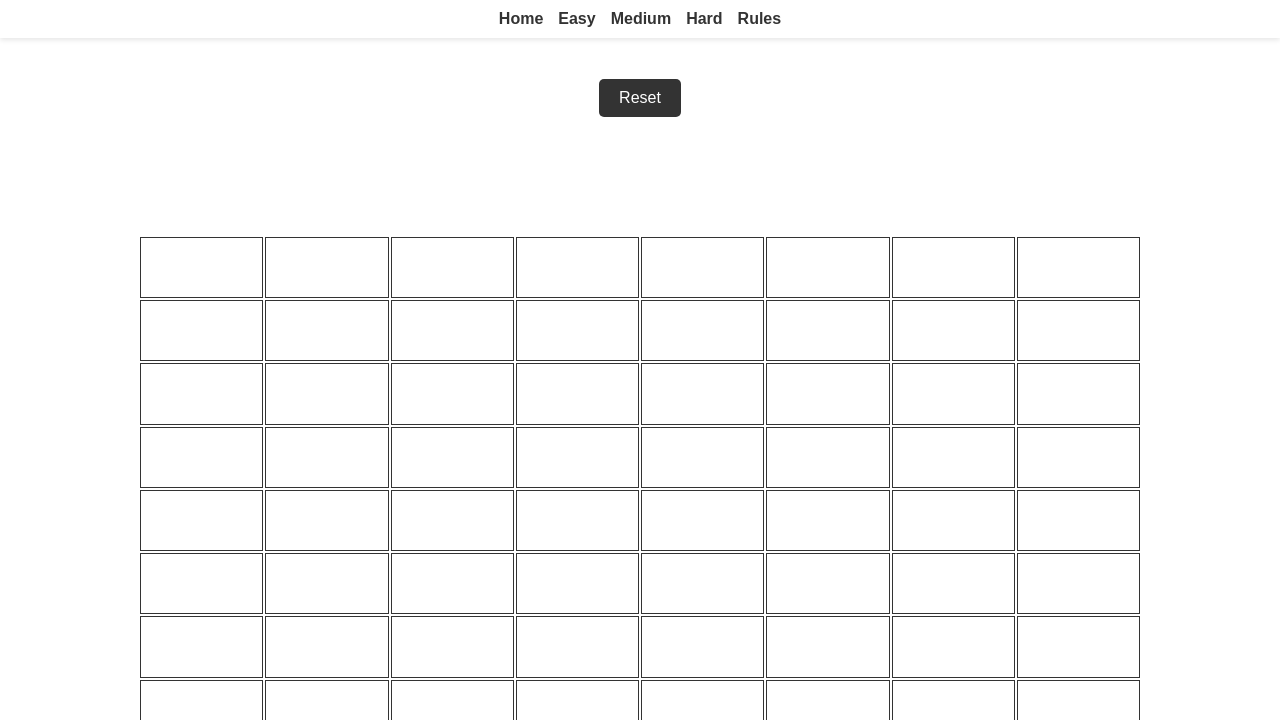
Repository: liwingy/-WingYee-_-Li-project2
Page: /game/easy (app in minesweeper/)
An editor plug-in stored every save of this project. The page is shown before and after the next save, followed by the edit.
The browser window is 1280 px wide. The pictures show the whole page.
The project was rebuilt for these pictures with package versions that can differ from the ones it lists, and the page was loaded fresh each time. Also part of the build but not shown: minesweeper/src/views/Homepage.js, minesweeper/src/views/Rules.js.

Above is the page before, as saved 2024-11-11 14:33:40.

### minesweeper/src/App.js
import './styles.css';
import { BrowserRouter as Router, Routes, Route, Link } from 'react-router-dom';
import Homepage from './views/Homepage';
import Game from './views/Game';
import Rules from './views/Rules';

function App() {
  return (
    <Router>
      <nav>
        <Link to="/">Home</Link>
        <Link to="/game/easy">Easy</Link>
        <Link to="/game/medium">Medium</Link>
        <Link to="/game/hard">Hard</Link>
        <Link to="/rules">Rules</Link>
      </nav>
      <Routes>
        <Route path="/" element={<Homepage />} />
        <Route path="/game/:difficulty" element={<Game />} />
        <Route path="/rules" element={<Rules />} />
      </Routes>
    </Router>
  );
}

export default App;

### minesweeper/src/styles.css
/* General Styles */
body, html {
  display: flex;
  justify-content: center;
  align-items: center;
  height: 100vh;
  margin: 0;
  font-family: Arial, sans-serif;
  text-align: center;
  overflow: hidden; /* Prevent entire page scrolling */
}

/* Main Container */
.main-container {
  display: flex;
  flex-direction: column;
  align-items: center;
  width: 100%;
  max-width: 600px;
  margin-top: 60px;
}

/* Navbar Styling */
nav {
  position: fixed;
  top: 0;
  left: 0;
  right: 0;
  display: flex;
  gap: 15px;
  justify-content: center;
  background-color: white;
  padding: 10px;
  box-shadow: 0 2px 5px rgba(0, 0, 0, 0.1);
  z-index: 1000;
}

nav a {
  text-decoration: none;
  color: #333;
  font-weight: bold;
}

nav a:hover {
  color: #555;
}

/* Header Styling for Game Title and Reset Button */
.header {
  position: fixed;
  top: 50px;
  left: 0;
  right: 0;
  background-color: white;
  padding: 10px;
  text-align: center;
  box-shadow: 0 2px 5px rgba(0, 0, 0, 0.1);
  z-index: 1000;
}

/* Board Styling */
.board {
  margin-top: 120px;
  display: grid;
  gap: 2px;
  justify-content: center;
  height: 70vh; /* Constrain board height */
  width: 90vw; /* Adjust to viewport width */
  max-width: 1000px; /* Optional max width for larger screens */
}

/* Cell Styling */
.cell {
  border: 1px solid #333;
  display: flex;
  align-items: center;
  justify-content: center;
  cursor: pointer;
}

/* Adjust the cell size based on the board size */
.board.easy .cell {
  width: 40px;
  height: 40px;
  font-size: 20px;
}

.board.medium .cell {
  width: 30px;
  height: 30px;
  font-size: 16px;
}

.board.hard .cell {
  width: 15px;
  height: 15px;
  font-size: 12px;
}

/* Responsive adjustments for larger screens */
@media (min-width: 1024px) {
  .board.hard .cell {
    width: 20px;
    height: 20px;
    font-size: 14px;
  }
}

/* Button Styling */
button {
  margin-top: 20px;
  padding: 10px 20px;
  font-size: 16px;
  cursor: pointer;
  background-color: #333;
  color: #fff;
  border: none;
  border-radius: 5px;
}

button:hover {
  background-color: #555;
}

### minesweeper/src/views/Game.js
import React, { useState, useEffect } from 'react';
import { useParams } from 'react-router-dom';
import Cell from '../components/Cell';

function Game() {
  const { difficulty } = useParams();
  const [grid, setGrid] = useState([]);
  const [isGameOver, setIsGameOver] = useState(false);
  const [hasWon, setHasWon] = useState(false);

  // Sets up the size of the grid and the number of mines based on the selected difficulty level
  const config = {
    easy: { size: 8, mines: 10 },
    medium: { size: 16, mines: 40 },
    hard: { size: 30, mines: 99 },
  }[difficulty] || { size: 8, mines: 10 }; // Default to easy if something goes wrong

  // Reset the game every time the difficulty changes
  useEffect(() => {
    resetGame();
  }, [difficulty]);

  // Sets up a new grid and adds mines
  function initializeGrid() {
    // Create a blank grid with cells set to "not revealed" and no mines
    const emptyGrid = Array.from({ length: config.size }, () =>
      Array.from({ length: config.size }, () => ({
        isRevealed: false,
        isMine: false,
        adjacentMines: 0,
      }))
    );

    // Add mines to the grid
    placeMines(emptyGrid);
    setGrid(emptyGrid);
  }

  // Randomly add mines to cells in the grid
  function placeMines(grid) {
    let minesPlaced = 0;
    while (minesPlaced < config.mines) {
      const row = Math.floor(Math.random() * config.size);
      const col = Math.floor(Math.random() * config.size);

      // Only place a mine if there's not already one there
      if (!grid[row][col].isMine) {
        grid[row][col] = { ...grid[row][col], isMine: true };
        updateAdjacentCounts(grid, row, col); // Update nearby cells to track this new mine
        minesPlaced++;
      }
    }
  }

  // Increments the "adjacentMines" count for cells around a newly placed mine
  function updateAdjacentCounts(grid, row, col) {
    for (let r = Math.max(row - 1, 0); r <= Math.min(row + 1, config.size - 1); r++) {
      for (let c = Math.max(col - 1, 0); c <= Math.min(col + 1, config.size - 1); c++) {
        if (!grid[r][c].isMine) {
          grid[r][c].adjacentMines++;
        }
      }
    }
  }

  // Handles what happens when a player clicks a cell
  function handleClick(row, col) {
    // Do nothing if the game is already over or if the cell is already revealed
    if (isGameOver || grid[row][col].isRevealed) return;

    const newGrid = [...grid];

    // If the cell is a mine, game over!
    if (newGrid[row][col].isMine) {
      setIsGameOver(true);
      alert("Game over! You hit a bomb!");
      revealAllMines(newGrid); // Show all mines
      setGrid(newGrid);
      return;
    }

    // If it's safe, start revealing cells recursively
    revealCell(newGrid, row, col);
    setGrid(newGrid);

    // Check if all non-mine cells are revealed, meaning the player wins
    if (checkWin(newGrid)) {
      setHasWon(true);
      alert("Congratulations! You won!");
    }
  }

  // Recursive function to reveal cells with 0 adjacent mines
  function revealCell(grid, row, col) {
    if (
      row < 0 || col < 0 || row >= config.size || col >= config.size ||
      grid[row][col].isRevealed || grid[row][col].isMine
    ) {
      return; // Stop if out of bounds, already revealed, or a mine
    }

    grid[row][col].isRevealed = true;

    // If the cell has no adjacent mines, keep revealing nearby cells
    if (grid[row][col].adjacentMines === 0) {
      revealCell(grid, row - 1, col);
      revealCell(grid, row + 1, col);
      revealCell(grid, row, col - 1);
      revealCell(grid, row, col + 1);
      revealCell(grid, row - 1, col - 1);
      revealCell(grid, row - 1, col + 1);
      revealCell(grid, row + 1, col - 1);
      revealCell(grid, row + 1, col + 1);
    }
  }

  // Shows all mines when the game is over
  function revealAllMines(grid) {
    grid.forEach(row => {
      row.forEach(cell => {
        if (cell.isMine) {
          cell.isRevealed = true;
        }
      });
    });
  }

  // Checks if the player has revealed all non-mine cells
  function checkWin(grid) {
    return grid.flat().every(cell => cell.isMine || cell.isRevealed);
  }

  // Resets the game by reinitializing the grid and resetting the game state
  function resetGame() {
    setIsGameOver(false);
    setHasWon(false);
    initializeGrid();
  }

  return (
    <div>
      <h1>{isGameOver ? "Game Over" : hasWon ? "You Won!" : "Minesweeper"}</h1>
      <button onClick={resetGame}>Reset</button>
      <div className="board" style={{ gridTemplateColumns: `repeat(${config.size}, 1fr)` }}>
        {grid.map((row, rIndex) =>
          row.map((cell, cIndex) => (
            <Cell
              key={`${rIndex}-${cIndex}`}
              isRevealed={cell.isRevealed}
              isMine={cell.isMine}
              adjacentMines={cell.adjacentMines}
              onClick={() => handleClick(rIndex, cIndex)}
            />
          ))
        )}
      </div>
    </div>
  );
}

export default Game;

### minesweeper/src/components/Cell.js
import React from 'react';

function Cell({ isRevealed, isMine, adjacentMines, onClick }) {
  let content = '';
  if (isRevealed) {
    content = isMine ? '💣' : (adjacentMines > 0 ? adjacentMines : '');
  }

  return (
    <div
      className={`cell ${isRevealed ? 'revealed' : ''}`}
      onClick={onClick}
    >
      {content}
    </div>
  );
}

export default Cell;

Loaded but not shown: minesweeper/public/index.html (common file); minesweeper/src/index.js (common file)

After the next save:
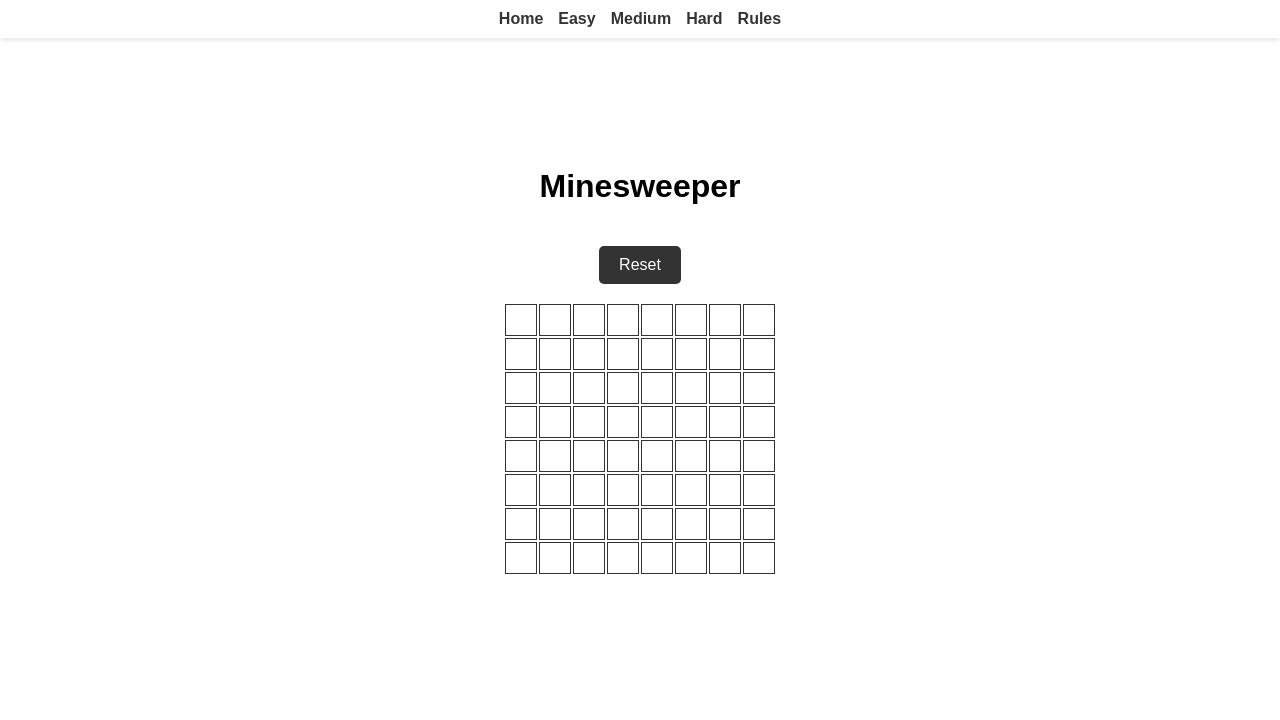
Saved 46 s later.
--- a/minesweeper/src/styles.css
+++ b/minesweeper/src/styles.css
@@ -7,7 +7,6 @@ body, html {
   margin: 0;
   font-family: Arial, sans-serif;
   text-align: center;
-  overflow: hidden; /* Prevent entire page scrolling */
 }
 
 /* Main Container */
@@ -17,22 +16,22 @@ body, html {
   align-items: center;
   width: 100%;
   max-width: 600px;
-  margin-top: 60px;
+  margin-top: 60px; /* Add top margin to avoid overlap with navbar */
 }
 
 /* Navbar Styling */
 nav {
-  position: fixed;
+  position: fixed; /* Make the navbar fixed at the top */
   top: 0;
   left: 0;
   right: 0;
   display: flex;
   gap: 15px;
   justify-content: center;
-  background-color: white;
+  background-color: white; /* Background color to cover content behind */
   padding: 10px;
-  box-shadow: 0 2px 5px rgba(0, 0, 0, 0.1);
-  z-index: 1000;
+  box-shadow: 0 2px 5px rgba(0, 0, 0, 0.1); /* Optional shadow for visual separation */
+  z-index: 1000; /* Ensure it stays above other content */
 }
 
 nav a {
@@ -45,64 +44,50 @@ nav a:hover {
   color: #555;
 }
 
-/* Header Styling for Game Title and Reset Button */
-.header {
-  position: fixed;
-  top: 50px;
-  left: 0;
-  right: 0;
-  background-color: white;
-  padding: 10px;
-  text-align: center;
-  box-shadow: 0 2px 5px rgba(0, 0, 0, 0.1);
-  z-index: 1000;
-}
-
 /* Board Styling */
 .board {
-  margin-top: 120px;
   display: grid;
   gap: 2px;
   justify-content: center;
-  height: 70vh; /* Constrain board height */
-  width: 90vw; /* Adjust to viewport width */
-  max-width: 1000px; /* Optional max width for larger screens */
+  margin-top: 20px;
+  /* Dynamically adjust the number of columns based on grid size */
 }
 
 /* Cell Styling */
 .cell {
+  width: 30px;
+  height: 30px;
   border: 1px solid #333;
   display: flex;
   align-items: center;
   justify-content: center;
+  font-size: 20px;
   cursor: pointer;
 }
 
-/* Adjust the cell size based on the board size */
-.board.easy .cell {
-  width: 40px;
-  height: 40px;
-  font-size: 20px;
+/* Revealed Cell Styling */
+.cell.revealed {
+  background-color: #d0d0d0;
 }
 
-.board.medium .cell {
-  width: 30px;
-  height: 30px;
-  font-size: 16px;
+/* Hover Effect for Cell */
+.cell:hover {
+  background-color: #e0e0e0;
 }
 
+/* Adjust the cell size for larger grids in hard mode */
 .board.hard .cell {
-  width: 15px;
-  height: 15px;
-  font-size: 12px;
+  width: 20px;
+  height: 20px;
+  font-size: 16px;
 }
 
 /* Responsive adjustments for larger screens */
 @media (min-width: 1024px) {
   .board.hard .cell {
-    width: 20px;
-    height: 20px;
-    font-size: 14px;
+    width: 25px;
+    height: 25px;
+    font-size: 16px;
   }
 }
 
